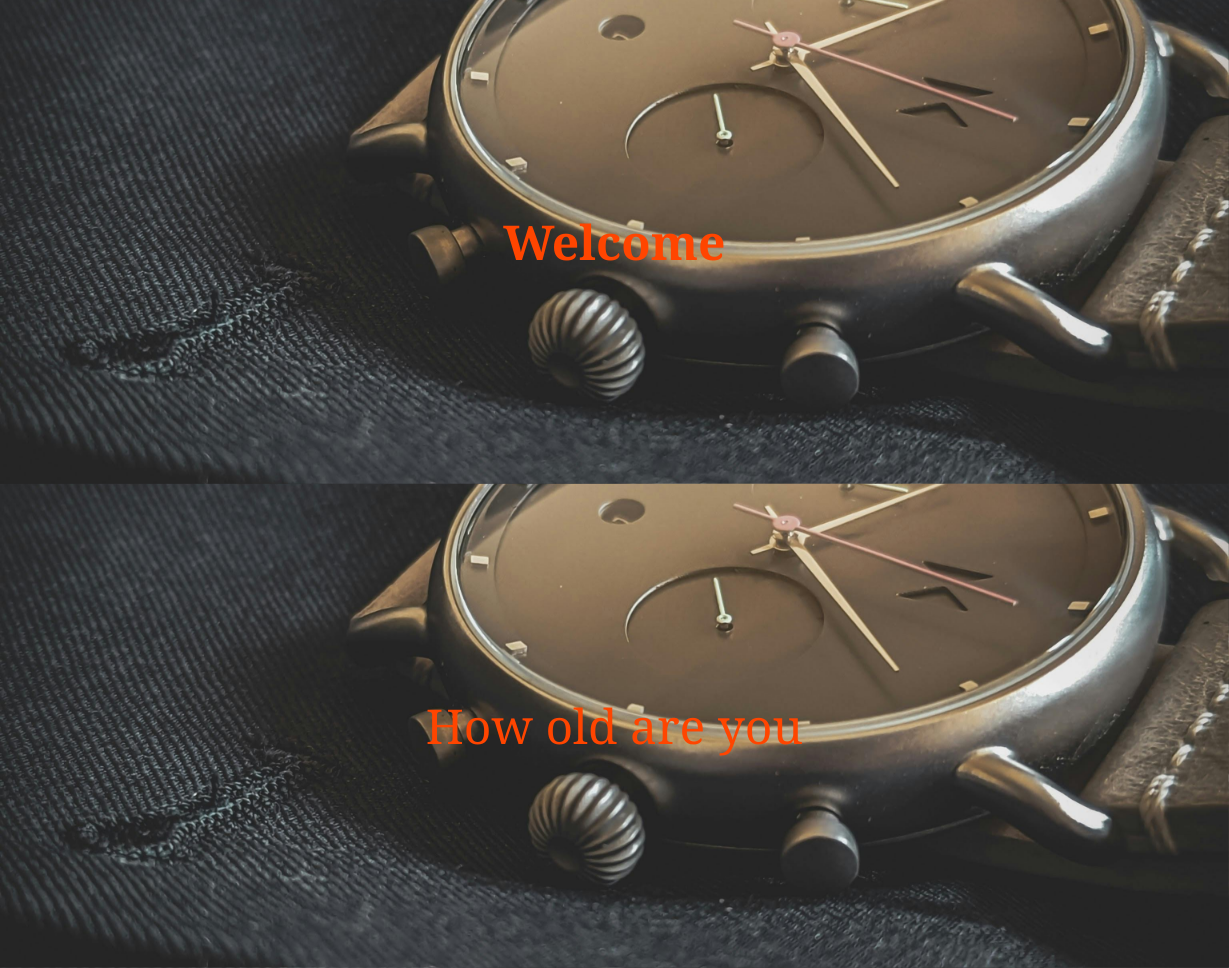
Repository: kem85/beginning
Page: web/js/index.html
The author's editor kept a copy of each file at every save. The page is drawn from the files as they stood at one save, then again after the next save.
The browser window is 1280 px wide. The pictures show the whole page, at 96% of full size.
Backgrounds fixed to the window are drawn as part of the page.

Above is the page before, as saved 2024-06-18 03:02:56.

After the next save:
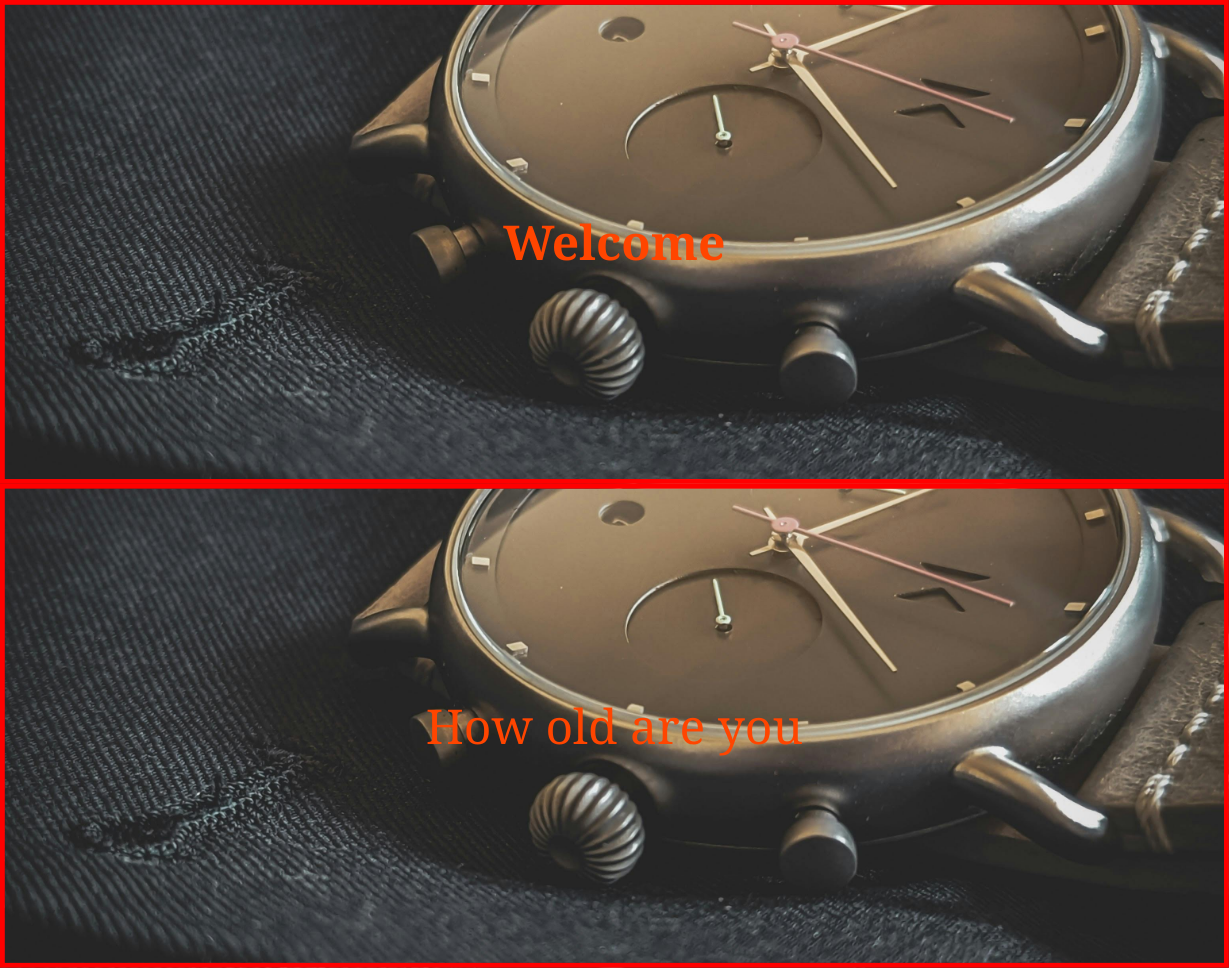
Saved 5 s later.
--- a/web/js/main.css
+++ b/web/js/main.css
@@ -17,6 +17,8 @@
     align-items: center;
     text-align: center;
     font-size: 50px;
+    border:5px solid red;
+
 }
 .textt{
     display:flex;
